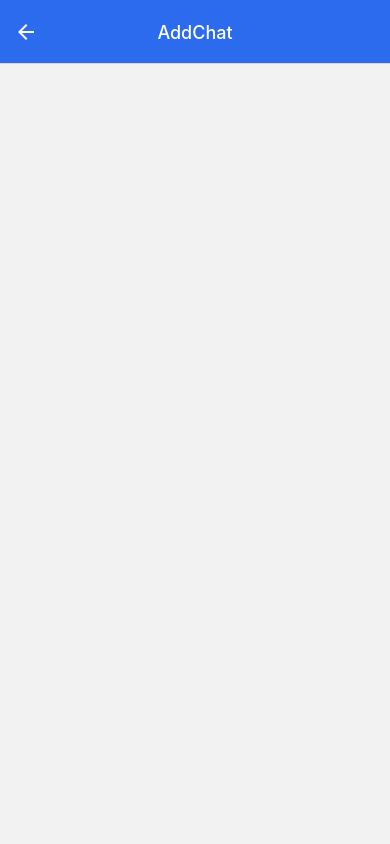
Repository: TheBoringBOT/signal-clone-reactnative-learn
Screen: /AddChat
An editor plug-in stored every save of this project. The screen is shown before and after a run of saves, followed by the edit.
The app was drawn by React Native's web renderer in a window 390 px wide. The project was rebuilt for these pictures with package versions that can differ from the ones it lists, and the page was loaded fresh each time. Also part of the build but not shown: screens/RegisterScreen.js, components/CustomListItem.js, screens/HomeScreen.js.

Above is the screen before, as saved 2022-01-24 15:22:12.

### App.js
import { StatusBar } from "expo-status-bar";
import { StyleSheet, Text, View } from "react-native";
import { NavigationContainer } from "@react-navigation/native";
import { createNativeStackNavigator } from "@react-navigation/native-stack";

//Screen Imports
import LoginScreen from "./screens/LoginScreen";
import RegisterScreen from "./screens/RegisterScreen";
import HomeScreen from "./screens/HomeScreen";
import AddChatScreen from "./screens/AddChatScreen";

const Stack = createNativeStackNavigator();

const globalScreenOptions = {
  headerStyle: { backgroundColor: "#2c6bed" },
  headTitleStyle: { color: "white" },
  headerTintColor: "white",
  headerTitleAlign: "center",
};

export default function App() {
  return (
    <NavigationContainer>
      <Stack.Navigator
        initialRouteName="Login"
        screenOptions={globalScreenOptions}
      >
        <Stack.Screen name="Login" component={LoginScreen} />
        <Stack.Screen name="Register" component={RegisterScreen} />
        <Stack.Screen name="Home" component={HomeScreen} />
        <Stack.Screen name="AddChat" component={AddChatScreen} />
      </Stack.Navigator>
    </NavigationContainer>
  );
}

const styles = StyleSheet.create({
  container: {
    flex: 1,
    backgroundColor: "#fff",
    alignItems: "center",
    justifyContent: "center",
  },
});

### screens/LoginScreen.js
import { StyleSheet, Text, View, KeyboardAvoidingView } from "react-native";
import React, { useState, useEffect } from "react";
import { Button, Input, Image } from "react-native-elements";
import { StatusBar } from "expo-status-bar";
import { auth } from "../firebase";
import {
  getAuth,
  onAuthStateChanged,
  signInWithEmailAndPassword,
} from "firebase/auth";

const LoginScreen = ({ navigation }) => {
  const [email, setEmail] = useState("");
  const [password, setPassword] = useState("");

  // Redirect if user logged in
  useEffect(() => {
    const unsubscribe = onAuthStateChanged(auth, (user) => {
      if (user) {
        navigation.replace("Home");
      }
    });

    return unsubscribe;
  });

  const signIn = () => {
    signInWithEmailAndPassword(auth, email, password)
      .then((userCredential) => {
        // Signed in
        const user = userCredential.user;
        // ...
      })
      .catch((error) => {
        const errorCode = error.code;
        const errorMessage = error.message;
      });
  };

  return (
    <KeyboardAvoidingView behavior="padding" style={styles.container}>
      <StatusBar style="light" />
      <Image
        source={{
          uri: "https://blog.mozilla.org/internetcitizen/files/2018/08/signal-logo.png",
        }}
        style={{ width: 200, height: 200 }}
      />

      <View style={styles.inputContainer}>
        <Input
          placeholder="Email"
          autoFocus
          type="email"
          value={email}
          onChangeText={(text) => setEmail(text)}
        />
        <Input
          placeholder="Password"
          type="password"
          secureTextEntry
          value={password}
          onChangeText={(text) => setPassword(text)}
          onSubmitEditing={signIn}
        />
        <Button containerStyle={styles.button} onPress={signIn} title="Login" />
        <Button
          onPress={() => navigation.navigate("Register")}
          containerStyle={styles.button}
          type="outline"
          title="Register"
        />
        <View style={{ height: 100 }} />
      </View>
    </KeyboardAvoidingView>
  );
};

export default LoginScreen;

const styles = StyleSheet.create({
  container: {
    flex: 1,
    alignItems: "center",
    justifyContent: "center",
    padding: 10,
    backgroundColor: "white",
  },
  inputContainer: { width: 300 },
  button: { width: 200, marginTop: 10, margin: "auto" },
});

### screens/AddChatScreen.js
import { StyleSheet, Text, View } from "react-native";
import React, { useLayoutEffect } from "react";
import { Button, Input } from "react-native-elements";

const AddChatScreen = ({ navigation }) => {
  useLayoutEffect(() => {}, []);

  return (
    <View style={styles.container}>
      <Text></Text>
    </View>
  );
};

export default AddChatScreen;

const styles = StyleSheet.create({});

### firebase.js
import { firebase, initializeApp, getApps, getApp } from "firebase/app";
import { getDatabase, ref, onValue } from "firebase/database";
import { getAuth } from "firebase/auth";

import { getFirestore } from "firebase/firestore";

const firebaseConfig = {
  apiKey: "AIzaSyCtao7GPEtYlsNabwjYskk8n6DEIbNo6VQ",
  authDomain: "signal-clone-4f5d4.firebaseapp.com",
  projectId: "signal-clone-4f5d4",
  storageBucket: "signal-clone-4f5d4.appspot.com",
  messagingSenderId: "958936105112",
  appId: "1:958936105112:web:aa41ae6e9c1b34ae23d0ed",
  measurementId: "G-1WPXHBPTRQ",
};

let app;
if (getApps.length === 0) {
  app = initializeApp(firebaseConfig);
} else {
  app = getApp();
}

const db = getFirestore();
const auth = getAuth(app);

export { db, auth };

After the next 2 saves:
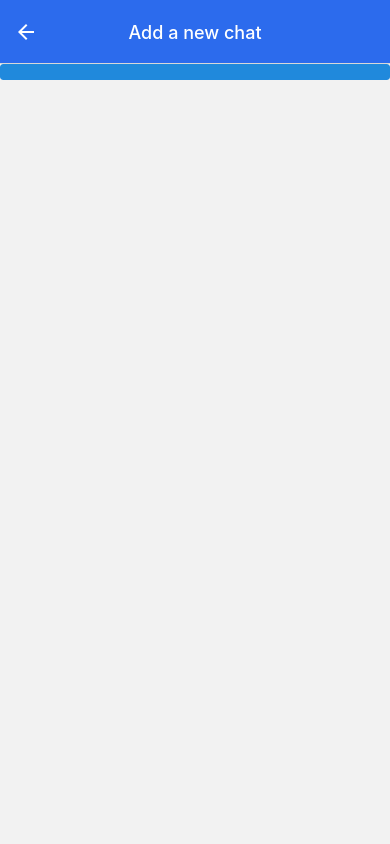
The 2 saves are shown as one change because they came seconds apart.
The last was saved 37 s later.
--- a/screens/AddChatScreen.js
+++ b/screens/AddChatScreen.js
@@ -3,10 +3,15 @@ import React, { useLayoutEffect } from "react";
 import { Button, Input } from "react-native-elements";
 
 const AddChatScreen = ({ navigation }) => {
-  useLayoutEffect(() => {}, []);
+  useLayoutEffect(() => {
+    navigation.setOptions({
+      title: "Add a new chat",
+    });
+  }, [navigation]);
 
   return (
     <View style={styles.container}>
+      <Button />
       <Text></Text>
     </View>
   );
